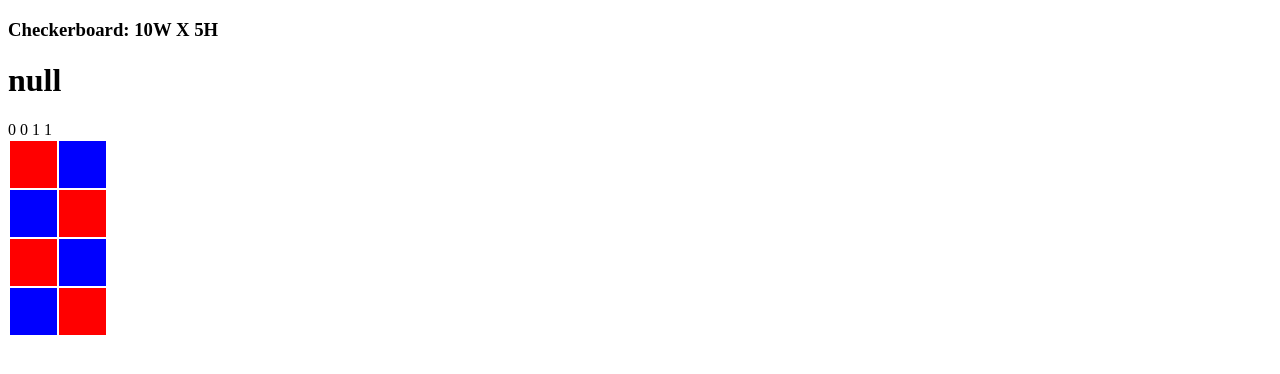
Repository: ben-mandakh/Java-Projects
Page: http://localhost/CheckerBoard/CheckerBoard.jsp
These files come from the project's save history. The page is drawn as it stood at one moment and after the next save; the edit follows.
The browser window is 1280 px wide. The pictures show the whole page.
The page is served by Tomcat 9.

Above is the page before, as saved 2019-08-09 02:49:27.

### CheckerBoard/WebContent/CheckerBoard.jsp
<%@ page language="java" contentType="text/html; charset=ISO-8859-1"
    pageEncoding="ISO-8859-1"%>
<!DOCTYPE html>
<html>
<head>
<meta charset="ISO-8859-1">
<title>Checker Board</title>
</head>
<body>


	<h3> Checkerboard: 10W X 5H</h3>
	<!-- getting the value for the name parameter -->
    <% String req = request.getParameter("name"); %>
    <!-- displaying the value -->
    <h1><%= req %></h1>



	<table>
	   <% for(int i = 0; i<2; i++){ %>
		<tr>  <%= i %>
			<th style="width:45px; height:45px; background-color: red"> </th>
			<th style="width:45px; height:45px; background-color: blue"> </th>
			 <%= i %>
		</tr>
		<tr>

			<th style="width:45px; height:45px; background-color: blue"> </th>
			<th style="width:45px; height:45px; background-color: red"> </th>

		</tr>
		<% } %>
	</table>




</body>
</html>

After the next save:
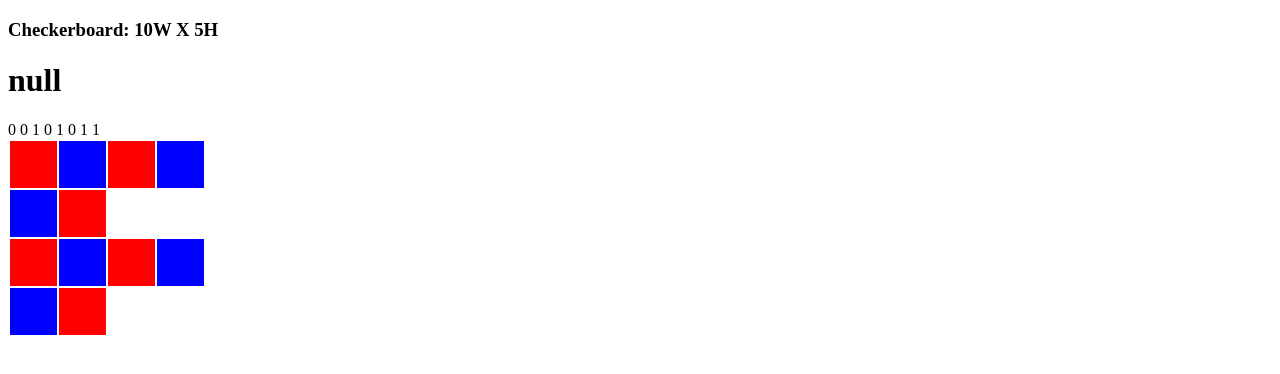
Saved 2 min 14 s later.
--- a/CheckerBoard/WebContent/CheckerBoard.jsp
+++ b/CheckerBoard/WebContent/CheckerBoard.jsp
@@ -20,8 +20,11 @@
 	<table>
 	   <% for(int i = 0; i<2; i++){ %>
 		<tr>  <%= i %>
+		 <% for(int j = 0; j<2; j++){ %>
+		 	<%= j %>
 			<th style="width:45px; height:45px; background-color: red"> </th>
 			<th style="width:45px; height:45px; background-color: blue"> </th>
+			<% } %>
 			 <%= i %>
 		</tr>
 		<tr>
